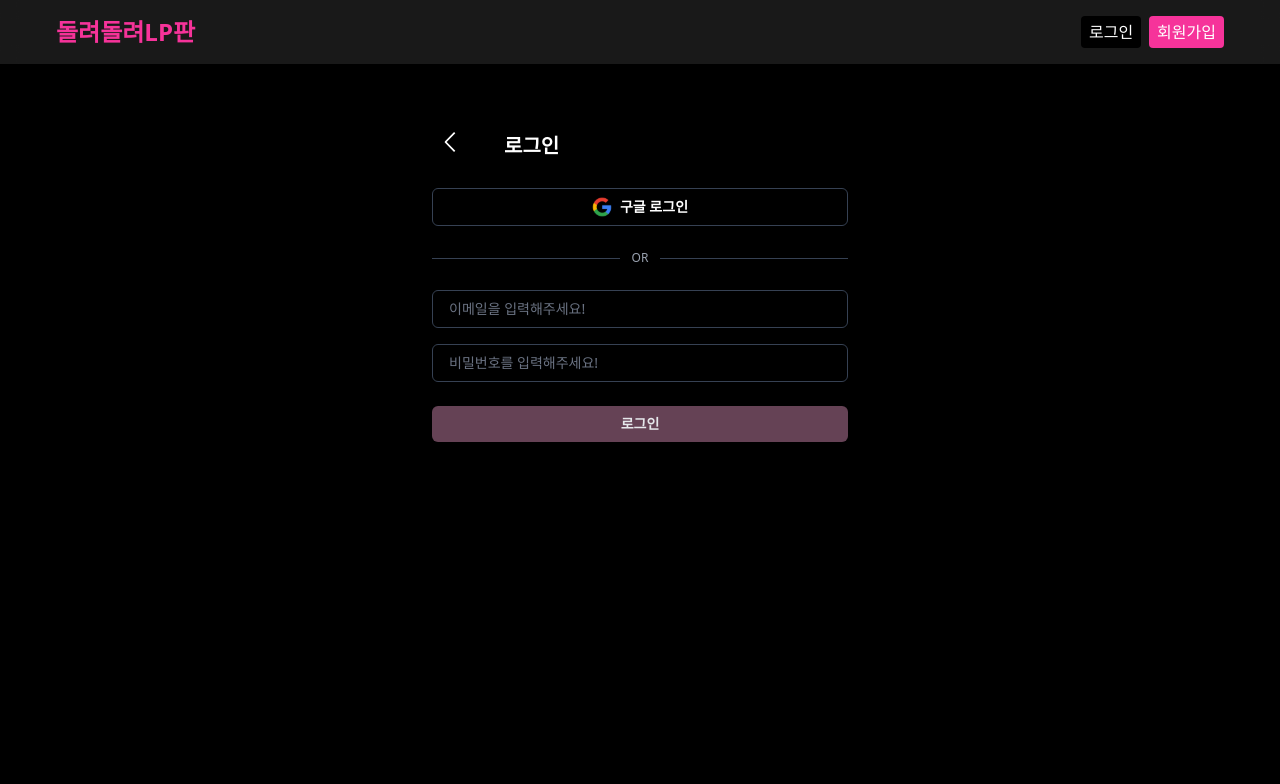
Repository: DSWU-UMC-9th/UMC-9th-Yeon
Page: /login (app in week4/)
These files come from the project's save history. The page is drawn as it stood at one moment and after a run of saves; the edit follows.
The browser window is 1280 px wide. The pictures show the whole page.
The project was rebuilt for these pictures with package versions that can differ from the ones it lists, and the page was loaded fresh each time. Also part of the build but not shown: week4/vite.config.ts, week4/src/api/tmdb.ts, week4/src/components/MovieCard.tsx, week4/src/components/Spinner.tsx, week4/src/components/Pager.tsx, week4/src/hooks/useMovies.ts, week4/src/pages/Home.tsx, week4/src/pages/Popular.tsx and 4 more.

Above is the page before, as saved 2025-11-04 23:09:26.

### week4/index.html
<!doctype html>
<html lang="en">
  <head>
    <meta charset="UTF-8" />
    <link rel="icon" type="image/svg+xml" href="/vite.svg" />
    <meta name="viewport" content="width=device-width, initial-scale=1.0" />
    <title>week4</title>
  </head>
  <body>
    <div id="root"></div>
    <script type="module" src="/src/main.tsx"></script>
  </body>
</html>

### week4/src/App.tsx
import { createBrowserRouter, RouterProvider } from "react-router-dom";
import Layout from "./components/Layout";
import Home from "./pages/Home";
import Popular from "./pages/Popular";
import Upcoming from "./pages/Upcoming";
import TopRated from "./pages/TopRated";
import NowPlaying from "./pages/NowPlaying";
import MovieDetail from "./pages/MovieDetail";

import Login from "./pages/Login";

const router = createBrowserRouter([
  {
    path: "/",
    element: <Layout />,
    children: [
      { path: "/", element: <Home /> },
      { path: "popular", element: <Popular /> },
      { path: "upcoming", element: <Upcoming /> },
      { path: "top_rated", element: <TopRated /> },
      { path: "now_playing", element: <NowPlaying /> },
      { path: "movie/:movieId", element: <MovieDetail /> },

      { path: "login", element: <Login /> },
    ],
  },
]);

export default function App() {
  return <RouterProvider router={router} />;
}

### week4/src/components/Layout.tsx
import { Outlet, useLocation } from "react-router-dom";
import Navbar from "./Navbar";

export default function Layout() {
  const { pathname } = useLocation();
  const isMovieDetail = pathname.startsWith("/movie/");
  const isAuthPage = pathname.startsWith("/login") || pathname.startsWith("/signup");

  return (
    <div className={`min-h-screen ${isAuthPage ? "bg-black/50" : isMovieDetail ? "bg-black" : "bg-white"}`}>
      <header
        className={`sticky top-0 z-10 backdrop-blur ${isMovieDetail || isAuthPage ? "bg-black/80" : "bg-gray-100/80"}`}
      >
        <div className="max-w-8xl px-14 py-4 flex items-center justify-between">
          <Navbar />
        </div>
      </header>
      <Outlet />
    </div>
  );
}

### week4/src/pages/Login.tsx
import { useNavigate } from "react-router-dom";
import Button from "../components/forms/Button";
import TextInput from "../components/forms/TextInput";
import { useForm } from "../hooks/useForm";
import googleLogo from "../media/google.svg";
import backLogo from "../media/back.svg";

type LoginValues = {
  email: string;
  password: string;
};

const emailRegex = /^[A-Za-z0-9._%+-]+@[A-Za-z0-9.-]+\.[A-Za-z]{2,}$/;

export default function Login() {
  const navigate = useNavigate();

  const { values, errors, touched, isValid, submitting, handleChange, handleBlur, handleSubmit } = useForm<LoginValues>(
    {
      initialValues: { email: "", password: "" },
      validate: (v) => {
        const errs: Partial<Record<keyof LoginValues, string>> = {};
        if (!emailRegex.test(v.email)) {
          errs.email = "올바른 이메일 형식을 입력해주세요.";
        }
        if (v.password.length < 6) {
          errs.password = "비밀번호는 최소 6자 이상이어야 합니다.";
        }
        return errs;
      },
      onSubmit: async ({ email, password }) => {
        // TODO: 실제 로그인 API 연동 위치
        // await api.auth.login({ email, password });
        console.log("login with", email, password);
        // 성공 시 이동
        // navigate("/");
      },
    }
  );

  return (
    <div className="min-h-screen bg-black text-white">
      <div className="mx-auto flex max-w-md flex-col gap-6 px-4 py-16">
        {/* 뒤로가기 */}
        <div className="flex items-center">
          <button
            onClick={() => navigate(-1)}
            className="mb-2 w-fit rounded-md px-2 py-1 text-sm text-gray-300 hover:bg-gray-800"
            aria-label="이전 페이지로 이동"
          >
            <img src={backLogo} alt="back" className="mr-2 h-5 w-5" />
          </button>

          <h1 className="ml-7 text-center text-xl font-semibold">로그인</h1>
        </div>

        {/* 구글 로그인 */}
        <Button
          onClick={() => console.log("google login")}
          className="border border-gray-700 bg-transparent text-gray-200 hover:bg-gray-800 flex items-center justify-center"
        >
          <img src={googleLogo} alt="Google" className="mr-2 h-5 w-5" />
          구글 로그인
        </Button>

        <div className="flex items-center gap-3">
          <div className="h-px flex-1 bg-gray-700" />
          <span className="text-xs text-gray-400">OR</span>
          <div className="h-px flex-1 bg-gray-700" />
        </div>

        <form onSubmit={handleSubmit} className="flex flex-col gap-4">
          <TextInput
            name="email"
            type="email"
            placeholder="이메일을 입력해주세요!"
            value={values.email}
            onChange={handleChange}
            onBlur={handleBlur}
            error={touched.email ? errors.email : undefined}
            aria-invalid={!!(touched.email && errors.email)}
            aria-describedby="email-error"
          />
          <TextInput
            name="password"
            type="password"
            placeholder="비밀번호를 입력해주세요!"
            value={values.password}
            onChange={handleChange}
            onBlur={handleBlur}
            error={touched.password ? errors.password : undefined}
            aria-invalid={!!(touched.password && errors.password)}
            aria-describedby="password-error"
          />

          {/* 로그인 버튼: 이메일 + 비번 모두 유효할 때만 활성화 */}
          <Button type="submit" loading={submitting} disabled={!isValid} className="mt-2">
            로그인
          </Button>
        </form>
      </div>
    </div>
  );
}

### week4/src/components/Navbar.tsx
import { NavLink, useLocation } from "react-router-dom";

export default function Navbar() {
  const { pathname } = useLocation();
  const isMovieDetail = pathname.startsWith("/movie/");
  const isAuthPage = pathname.startsWith("/login") || pathname.startsWith("/signup");
  const linkCls = ({ isActive }: { isActive: boolean }) =>
    isActive
      ? isMovieDetail
        ? "font-semibold text-white"
        : "font-semibold text-green-700"
      : isMovieDetail
      ? "text-gray-500 hover:text-white"
      : "text-gray-500 hover:text-gray-900";

  if (isAuthPage) {
    return (
      <nav className="w-full flex items-center justify-between">
        <div className="text-pink-500 text-2xl font-bold">돌려돌려LP판</div>
        <div className="flex gap-2">
          <NavLink to="/login" className="bg-black text-white px-2 py-1 rounded">
            로그인
          </NavLink>
          <NavLink to="/signup" className="bg-pink-500 text-white px-2 py-1 rounded">
            회원가입
          </NavLink>
        </div>
      </nav>
    );
  }

  return (
    <nav className="w-full flex items-center justify-between">
      <div className="flex gap-4 text-sm">
        <NavLink to="/" end className={linkCls}>
          홈
        </NavLink>
        <NavLink to="/popular" className={linkCls}>
          인기 영화
        </NavLink>
        <NavLink to="/now_playing" className={linkCls}>
          상영 중
        </NavLink>
        <NavLink to="/top_rated" className={linkCls}>
          평점 높은
        </NavLink>
        <NavLink to="/upcoming" className={linkCls}>
          개봉 예정
        </NavLink>
      </div>
      <NavLink to="/login" className={linkCls}>
        로그인
      </NavLink>
    </nav>
  );
}

### week4/src/components/forms/Button.tsx
import React from "react";

type Props = React.ButtonHTMLAttributes<HTMLButtonElement> & {
  loading?: boolean;
};

export default function Button({ loading, disabled, className, children, ...rest }: Props) {
  const isDisabled = loading || disabled;
  return (
    <button
      disabled={isDisabled}
      {...rest}
      className={[
        "w-full rounded-md px-4 py-2 text-sm font-semibold transition",
        isDisabled ? "bg-pink-300/40 cursor-not-allowed text-gray-200" : "bg-pink-500 hover:bg-pink-600 text-white",
        className ?? "",
      ].join(" ")}
    >
      {loading ? "처리 중..." : children}
    </button>
  );
}

### week4/src/components/forms/TextInput.tsx
import React from "react";

type Props = React.InputHTMLAttributes<HTMLInputElement> & {
  label?: string;
  error?: string;
};

export default function TextInput({ label, error, className, ...rest }: Props) {
  return (
    <label className="block w-full">
      {label && <span className="mb-2 block text-sm text-gray-300">{label}</span>}
      <input
        {...rest}
        className={[
          "w-full rounded-md border bg-transparent px-4 py-2 text-sm outline-none transition",
          "placeholder:text-gray-500",
          error ? "border-red-500 focus:border-red-400" : "border-gray-700 focus:border-pink-400",
          className ?? "",
        ].join(" ")}
      />
      {error ? <p className="mt-1 text-xs text-red-400">{error}</p> : null}
    </label>
  );
}

### week4/src/hooks/useForm.ts
/* eslint-disable @typescript-eslint/no-explicit-any */

import { useCallback, useMemo, useState } from "react";

type Errors<T> = Partial<Record<keyof T, string>>;

export function useForm<T extends Record<string, any>>(opts: {
  initialValues: T;
  validate: (values: T) => Errors<T>;
  onSubmit?: (values: T) => void | Promise<void>;
}) {
  const { initialValues, validate, onSubmit } = opts;

  const [values, setValues] = useState<T>(initialValues);
  const [errors, setErrors] = useState<Errors<T>>({});
  const [touched, setTouched] = useState<Record<keyof T, boolean>>(
    Object.keys(initialValues).reduce((acc, k) => {
      (acc as any)[k] = false;
      return acc;
    }, {} as Record<keyof T, boolean>)
  );
  const [submitting, setSubmitting] = useState(false);

  const handleChange = useCallback((e: React.ChangeEvent<HTMLInputElement>) => {
    const { name, value } = e.target;
    setValues((v) => ({ ...v, [name]: value }));
  }, []);

  const handleBlur = useCallback(
    (e: React.FocusEvent<HTMLInputElement>) => {
      const { name } = e.target;
      setTouched((t) => ({ ...t, [name]: true }));
      setErrors(validate(values));
    },
    [validate, values]
  );

  const isValid = useMemo(() => {
    const errs = validate(values);
    return Object.keys(errs).length === 0;
  }, [validate, values]);

  const handleSubmit = useCallback(
    async (e: React.FormEvent) => {
      e.preventDefault();
      const errs = validate(values);
      setErrors(errs);
      setTouched(
        Object.keys(values).reduce((acc, k) => {
          (acc as any)[k] = true;
          return acc;
        }, {} as Record<keyof T, boolean>)
      );
      if (Object.keys(errs).length > 0) return;

      if (!onSubmit) return;
      try {
        setSubmitting(true);
        await onSubmit(values);
      } finally {
        setSubmitting(false);
      }
    },
    [onSubmit, validate, values]
  );

  return { values, errors, touched, isValid, submitting, handleChange, handleBlur, handleSubmit, setValues };
}

Loaded but not shown: week4/src/main.tsx (common file); week4/src/index.css (common file)

After the next 6 saves:
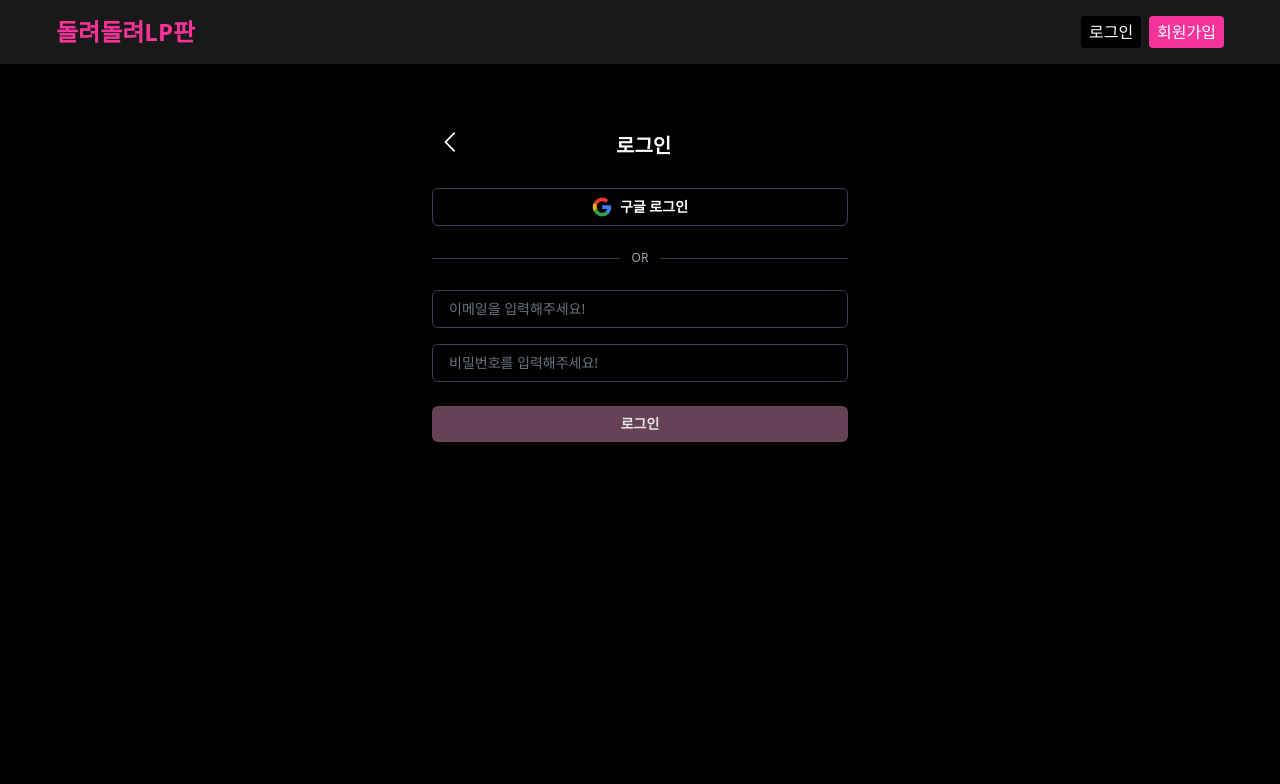
The 6 saves are shown as one change because they came seconds apart.
The last was saved 16 s later.
--- a/week4/src/pages/Login.tsx
+++ b/week4/src/pages/Login.tsx
@@ -51,7 +51,7 @@ export default function Login() {
             <img src={backLogo} alt="back" className="mr-2 h-5 w-5" />
           </button>
 
-          <h1 className="ml-7 text-center text-xl font-semibold">로그인</h1>
+          <h1 className="ml-35 text-center text-xl font-semibold">로그인</h1>
         </div>
 
         {/* 구글 로그인 */}
